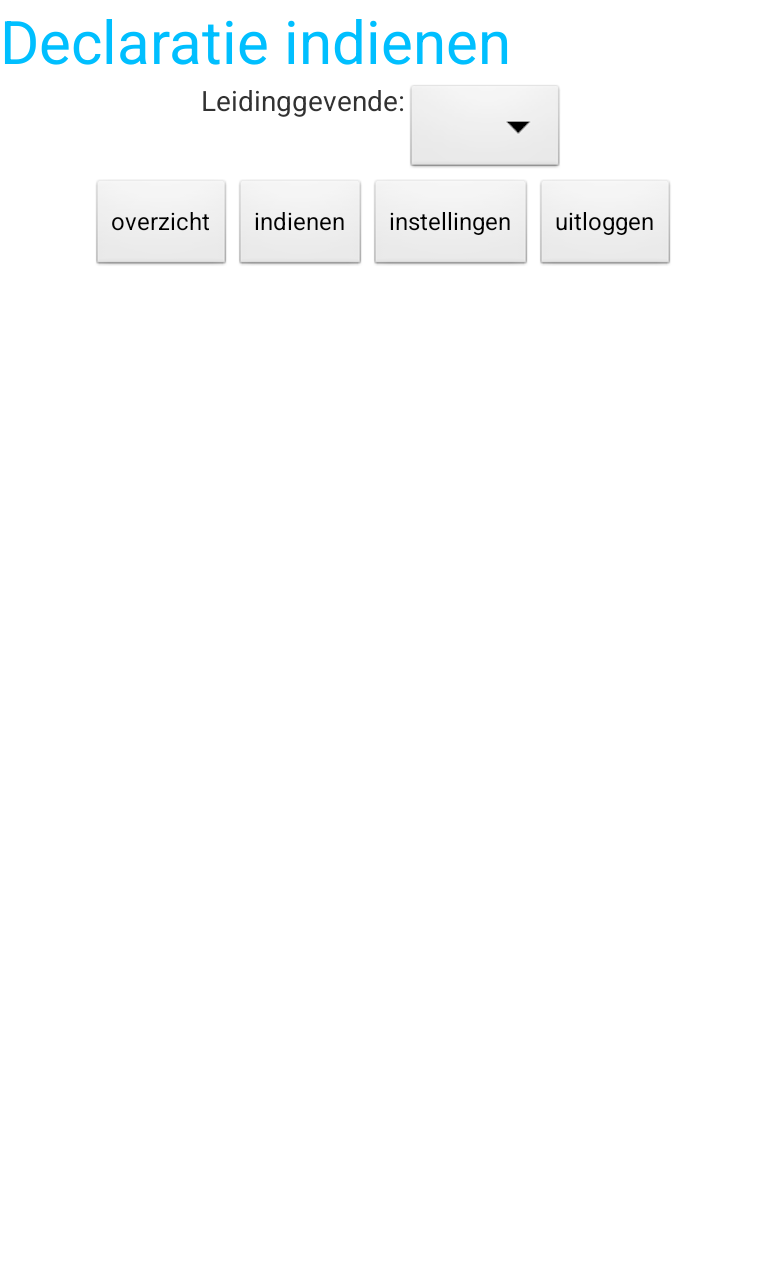
Repository: alexanderbolhuis/ilmoitus_mobile
Layout: LoginActivity/res/layout/activity_declare.xml
The author's editor kept a copy of each file at every save. The layout is drawn from the files as they stood at one save, then again after the next save.
It is drawn on a 768 x 1280 px phone screen (xhdpi) without system bars, with theme AppTheme; the app's code is not run.

Above is the layout before, as saved 2014-05-04 17:39:32.

After the next save:
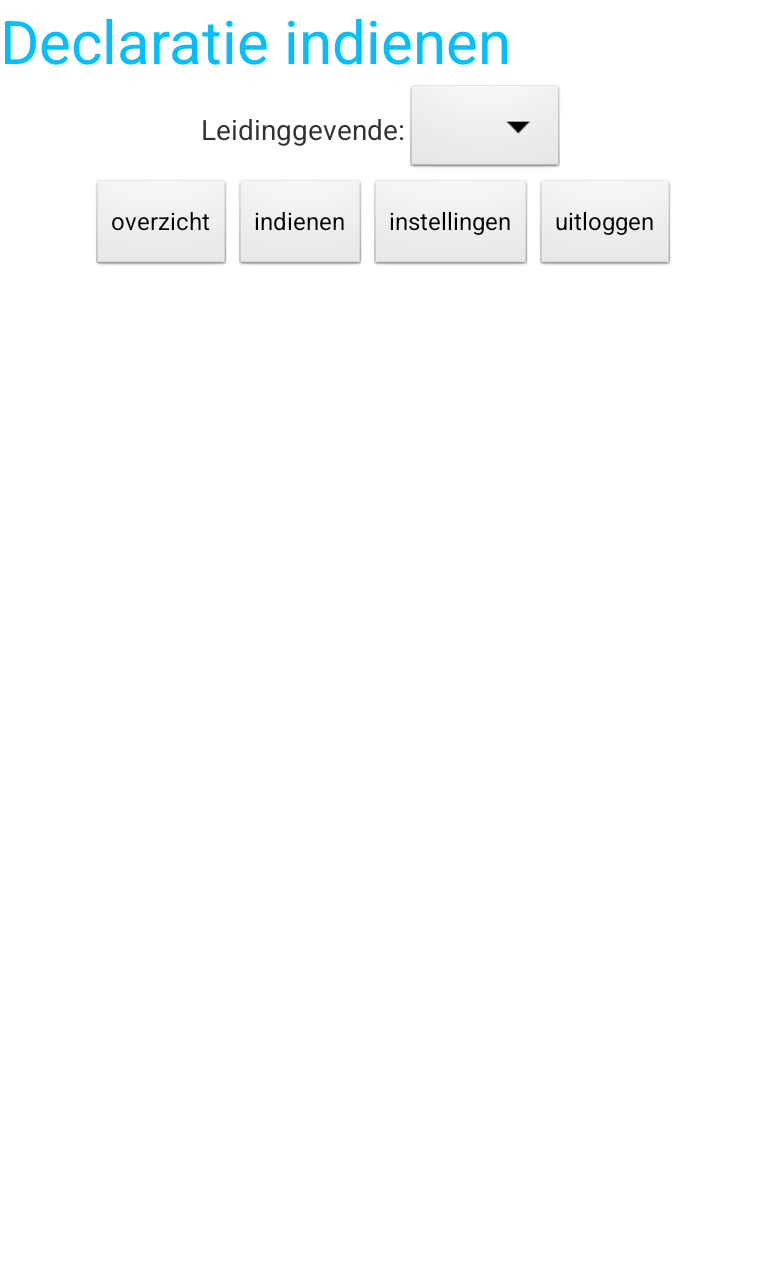
Saved 3 min 41 s later.
--- a/LoginActivity/res/layout/activity_declare.xml
+++ b/LoginActivity/res/layout/activity_declare.xml
@@ -17,7 +17,7 @@
         android:id="@+id/tableRow1"
         android:layout_width="match_parent"
         android:layout_height="wrap_content"
-        android:gravity="center_horizontal" >
+        android:gravity="center" >
 
         <TextView
             android:text="Leidinggevende:"
